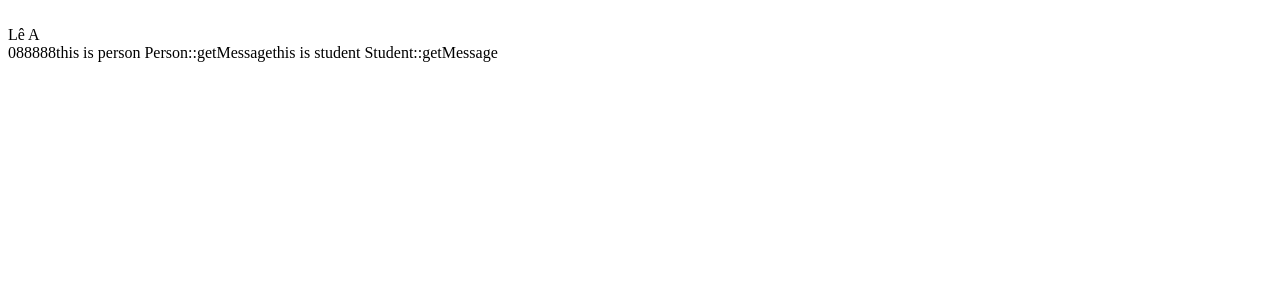
Repository: vantung2102/OOP_PHP
Page: http://localhost/OOP_3.php
An editor plug-in stored every save of this project. The page is shown before and after the next save, followed by the edit.
The browser window is 1280 px wide. The pictures show the whole page.
The page is run by PHP 8.4 with error messages shown; the project is at /var/www/html/.

Above is the page before, as saved 2021-11-24 17:12:42.

### OOP_3.php
<?php

    class Person{
        public $name = "Lê A";
        protected $phone = "099999";

        public function getMessage(){
            echo "this is person ". __METHOD__;
        }
    }

    class Student extends Person{
        protected $phone = "088888";

        public function getPhone(){
            return $this->phone;
        }

        public function getMessage(){
            parent::getMessage();
            echo "this is student ". __METHOD__;
        }
    }

    $student = new Student();

    echo "</br>" . $student->name;
    echo "</br>" . $student->getPhone();
    echo "</br>" . $student->getMessage();

After the next save:
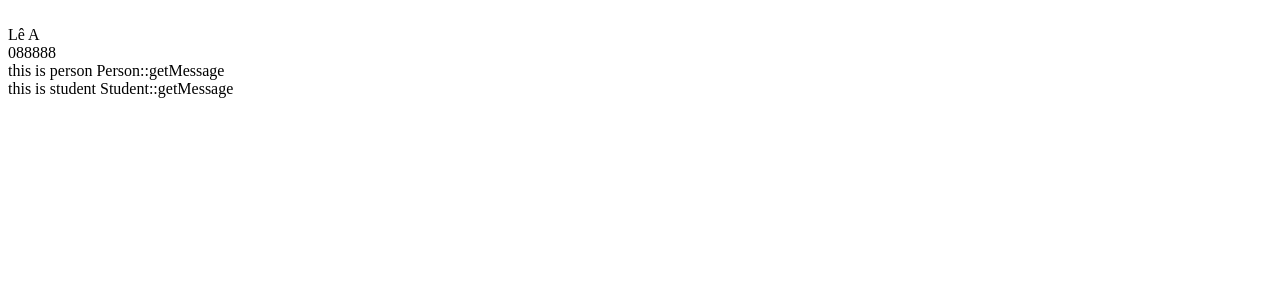
Saved 29 s later.
--- a/OOP_3.php
+++ b/OOP_3.php
@@ -5,7 +5,7 @@
         protected $phone = "099999";
 
         public function getMessage(){
-            echo "this is person ". __METHOD__;
+            echo "</br>" . "this is person ". __METHOD__;
         }
     }
 
@@ -18,7 +18,7 @@
 
         public function getMessage(){
             parent::getMessage();
-            echo "this is student ". __METHOD__;
+            echo "</br>" . "this is student ". __METHOD__;
         }
     }
 
